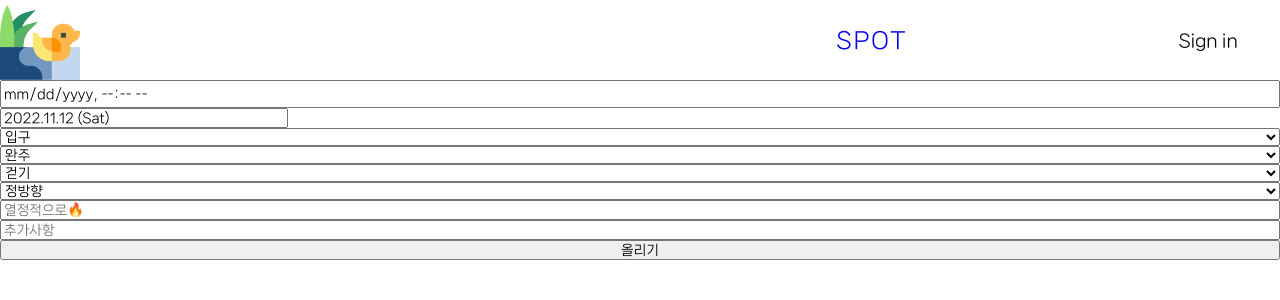
Repository: songeunleee/youngrangho
Page: /add
An editor plug-in stored every save of this project. The page is shown before and after the next save, followed by the edit.
The browser window is 1280 px wide. The pictures show the whole page.
Some web libraries are served in a nearby version. The project was rebuilt for these pictures with package versions that can differ from the ones it lists, and the page was loaded fresh each time. Some packages were replaced by stand-ins written for this rebuild. Also part of the build but not shown: src/app.module.css, src/components/join_item/join_item.module.css, src/components/join_item/join_item.jsx, src/components/join_list/join_list.jsx, src/components/activity_item/activity_item.jsx, src/components/add_card/add_card.module.css, src/components/add_card/add_card.jsx, src/components/activity_list/activity_list.module.css and 15 more.

Above is the page before, as saved 2022-11-13 18:23:52.

### public/index.html
<!DOCTYPE html>
<html lang="en">
  <head>
    <meta charset="utf-8" />
    <script src="https://cdn.jsdelivr.net/npm/sweetalert2@10"></script>
    <script
      src="https://kit.fontawesome.com/7fb71a1d7b.js"
      crossorigin="anonymous"
    ></script>
    <link rel="icon" href="%PUBLIC_URL%/favicon.ico" />
    <meta name="viewport" content="width=device-width, initial-scale=1" />
    <meta name="theme-color" content="#000000" />
    <link rel="preconnect" href="https://fonts.googleapis.com" />
    <link rel="preconnect" href="https://fonts.gstatic.com" crossorigin />
    <link
      href="https://fonts.googleapis.com/css2?family=Noto+Sans+KR:wght@100;300;400&family=Noto+Serif+KR:wght@200;400&family=Varela+Round&display=swap"
      rel="stylesheet"
    />

    <meta
      name="description"
      content="Web site created using create-react-app"
    />
    <link rel="apple-touch-icon" href="%PUBLIC_URL%/logo192.png" />
    <!--
      manifest.json provides metadata used when your web app is installed on a
      user's mobile device or desktop. See https://developers.google.com/web/fundamentals/web-app-manifest/
    -->
    <link rel="manifest" href="%PUBLIC_URL%/manifest.json" />
    <!--
      Notice the use of %PUBLIC_URL% in the tags above.
      It will be replaced with the URL of the `public` folder during the build.
      Only files inside the `public` folder can be referenced from the HTML.

      Unlike "/favicon.ico" or "favicon.ico", "%PUBLIC_URL%/favicon.ico" will
      work correctly both with client-side routing and a non-root public URL.
      Learn how to configure a non-root public URL by running `npm run build`.
    -->
    <title>React App</title>
  </head>
  <body>
    <noscript>You need to enable JavaScript to run this app.</noscript>
    <div id="root"></div>
    <!--
      This HTML file is a template.
      If you open it directly in the browser, you will see an empty page.

      You can add webfonts, meta tags, or analytics to this file.
      The build step will place the bundled scripts into the <body> tag.

      To begin the development, run `npm start` or `yarn start`.
      To create a production bundle, use `npm run build` or `yarn build`.
    -->
  </body>
</html>

### src/index.js
import React from "react";
import ReactDOM from "react-dom/client";
import "./index.css";
import App from "./app";
import { firebaseApp } from "./service/firebase";
import AuthService from "./service/auth_service";
import FileUpload from "./service/file_upload";
import Repository from "./service/repositiry";

const repository = new Repository(firebaseApp);
const fileUpload = new FileUpload(firebaseApp);
const authService = new AuthService(firebaseApp);

const root = ReactDOM.createRoot(document.getElementById("root"));
root.render(
  <React.StrictMode>
    <App
      authService={authService}
      fileUpload={fileUpload}
      repository={repository}
    />
  </React.StrictMode>
);

### src/index.css
@font-face {
  font-family: "font1";
  src: url("../public/fonts/NanumSquareNeo-aLt.ttf") format("truetype");
  font-weight: normal;
}

@font-face {
  font-family: "font2";
  src: url("../public/fonts/NanumSquareNeo-bRg.ttf") format("truetype");
  font-weight: bold;
}

@font-face {
  font-family: "font3";
  src: url("../public/fonts/NanumSquareNeo-cBd.ttf") format("truetype");
  font-weight: bold;
}

@font-face {
  font-family: "font4";
  src: url("../public/fonts/NanumSquareNeo-eHv.ttf") format("truetype");
  font-weight: bold;
}
body {
  margin: 0;
  font-family: -apple-system, BlinkMacSystemFont, "Segoe UI", "Roboto", "Oxygen",
    "Ubuntu", "Cantarell", "Fira Sans", "Droid Sans", "Helvetica Neue",
    sans-serif;
  -webkit-font-smoothing: antialiased;
  -moz-osx-font-smoothing: grayscale;
  height: 100%;
}

code {
  font-family: source-code-pro, Menlo, Monaco, Consolas, "Courier New",
    monospace;
}
html {
}
#root {
  margin: 0;
  display: flex;
  flex-direction: column;
  height: 100%;
}

### src/app.jsx
import { useEffect, useState } from "react";
import { BrowserRouter, Route, Routes } from "react-router-dom";
import styles from "./app.module.css";
import Activity from "./components/activity/activity";
import AddForm from "./components/add_form/add_form";
import Footer from "./components/footer/footer";
import Header from "./components/header/header";
import Home from "./components/home/home";
import Spot from "./components/spot/spot";

function App({ authService, fileUpload, repository }) {
  const [user, setUser] = useState(null);

  const getUser = (user) => {
    setUser(user);
  };

  useEffect(() => {
    authService.onAuthChange((user) => {
      if (user) {
        setUser(user);
      } else {
      }
    });
  }, [authService]);

  return (
    <>
      <BrowserRouter>
        <Header authService={authService} getUser={getUser} user={user} />
        <Routes>
          <Route
            path="/"
            element={
              <Activity
                authService={authService}
                repository={repository}
                user={user}
              />
            }
          />
          <Route
            path="/activity"
            element={
              <Activity
                authService={authService}
                repository={repository}
                user={user}
              />
            }
          />
          <Route
            path="/spot"
            element={
              <Spot
                authService={authService}
                user={user}
                fileUpload={fileUpload}
                repository={repository}
              />
            }
          />
          <Route
            path="/add"
            element={<AddForm user={user} repository={repository} />}
          />
        </Routes>
      </BrowserRouter>
    </>
  );
}

export default App;

### src/service/firebase.js
import { initializeApp } from "firebase/app";

const firebaseConfig = {
  apiKey: "AIzaSyA1QsOldBRNtAOG8_cfGoyHxB8PmdZT3xA",
  authDomain: "youngrangho-d9473.firebaseapp.com",
  projectId: "youngrangho-d9473",
  storageBucket: "youngrangho-d9473.appspot.com",
  messagingSenderId: "558891074778",
  appId: "1:558891074778:web:a513dfcb578ca1084111e3",
  measurementId: "G-VKW34V7D4J",
};

export const firebaseApp = initializeApp(firebaseConfig);

### src/service/auth_service.js
import {
  getAuth,
  signInWithPopup,
  GoogleAuthProvider,
  onAuthStateChanged,
} from "firebase/auth";
class AuthService {
  constructor() {
    this.auth = getAuth();
    this.provider = new GoogleAuthProvider();
  }
  signin() {
    return signInWithPopup(this.auth, this.provider);
  }

  signout() {
    const auth = getAuth();
    auth.signOut();
  }

  onAuthChange(onUserChanged) {
    const auth = getAuth();
    return onAuthStateChanged(auth, (user) => {
      onUserChanged(user);
    });
  }
}
export default AuthService;

### src/service/file_upload.js
import { getStorage, ref, uploadBytes, getDownloadURL } from "firebase/storage";

class FileUpload {
  constructor() {
    this.storage = getStorage();
  }

  async upload(file) {
    this.storageRef = ref(this.storage, `spot/${file.name}`);
    const img = await uploadBytes(this.storageRef, file);
    return getDownloadURL(ref(this.storage, img.ref.fullPath));
  }
}

export default FileUpload;

### src/service/repositiry.js
import {
  getDatabase,
  ref,
  set,
  remove,
  onValue,
  off,
  update,
} from "firebase/database";

class Repository {
  constructor() {
    this.db = getDatabase();
  }

  syncSpots(userId, onUpdate) {
    const query = ref(this.db, `spots`);
    onValue(query, (snapshot) => {
      const value = snapshot.val();
      value && onUpdate(value);
    });
    return () => off(query);
  }

  saveSpot(userId, spot) {
    set(ref(this.db, `spots/${spot.id}`), spot);
  }
  removeSpot(userId, spot) {
    const spotRef = ref(this.db, `spots/${spot.id}`);
    remove(spotRef);
  }

  syncActivities(userId, onUpdate) {
    const query = ref(this.db, `Activities`);
    onValue(query, (snapshot) => {
      const value = snapshot.val();
      value && onUpdate(value);
    });
    return () => off(query);
  }

  saveAvtivity(userId, card) {
    set(ref(this.db, `Activities/${card.id}`), card);
  }

  removeActivity(card) {
    const activityRef = ref(this.db, `Activities/${card.id}`);
    remove(activityRef);
  }

  updateActivity(cardId, card) {
    update(ref(this.db, `Activities/${card.id}`), card);
  }
}
export default Repository;

### src/components/add_form/add_form.jsx
import React, { useState } from "react";
import { useRef } from "react";
import { useNavigate } from "react-router-dom";
import styles from "./add_form.module.css";
import DatePicker from "react-datepicker";
import "react-datepicker/dist/react-datepicker.css";

const AddForm = ({ repository, user }) => {
  const [startDate, setStartDate] = useState(new Date());

  const navigate = useNavigate();
  const appointmentRef = useRef();
  const departureRef = useRef();
  const goalRef = useRef();
  const meanRef = useRef();
  const courseRef = useRef();
  const modeRef = useRef();
  const etcRef = useRef();

  const onClick = (event) => {
    event.preventDefault();
    const card = {
      id: Date.now(),
      appointment: appointmentRef.current.value,
      departure: departureRef.current.value,
      goal: goalRef.current.value,
      mean: meanRef.current.value,
      course: courseRef.current.value,
      mode: modeRef.current.value,
      etc: etcRef.current.value,
      userUid: user.uid,
      author: user.displayName,
      joinList: [],
    };
    repository.saveAvtivity(1, card);

    navigate({ pathname: "/activity" });
  };

  return (
    <form className={styles.container}>
      <input ref={appointmentRef} type="datetime-local" />
      <DatePicker
        selected={startDate}
        onChange={(date) => setStartDate(date)}
        dateFormat="yyyy.MM.dd (eee)"
        showPopperArrow={false}
        minDate={new Date()}
      />
      <select ref={departureRef} name="departure">
        <option>입구</option>
        <option>영랑호 생태공원(반려견 놀이터)</option>
        <option>다리</option>
        <option>영랑교</option>
      </select>

      <select ref={goalRef} name="goal" id="">
        <option>완주</option>
        <option>완주 Across 호수윗길</option>
        <option>영랑호 생태공원(반려견 놀이터)</option>
        <option>호수윗길</option>
        <option>미정</option>
      </select>
      <select ref={meanRef} name="mean" id="">
        <option>걷기</option>
        <option>뛰기🏃‍♀️</option>
        <option>자전거🚴‍♀️</option>
        <option>반려견 산책🦮</option>
      </select>
      <select ref={courseRef} name="course" id="">
        <option>정방향</option>
        <option>역방향</option>
        <option>미정</option>
      </select>
      <input ref={modeRef} name="mode" placeholder="열정적으로🔥" />
      <input ref={etcRef} name="etc" placeholder="추가사항" />

      <button onClick={onClick}>올리기</button>
    </form>
  );
};

export default AddForm;

### src/components/header/header.jsx
import React, { useEffect } from "react";
import { useState } from "react";
import { Link, useLocation } from "react-router-dom";
import styles from "./header.module.css";

const Header = ({ authService, getUser, user }) => {
  const location = useLocation().pathname;

  const isSpot = (location) => {
    return location === "/spot" ? true : false;
  };

  const onSignin = () => {
    authService.signin().then((data) => getUser(data.user));
  };

  const onSignout = () => {
    authService.signout();
    getUser(null);
  };

  return (
    <header className={styles.header}>
      <Link
        className={`${styles.logolink} ${
          !isSpot(location) ? styles.activity : null
        } `}
        to={"/"}
      >
        <img className={styles.logo} src="./images/duck (1).png" alt="" />
      </Link>
      <Link
        className={`${styles.link} ${
          !isSpot(location) ? styles.activity : null
        }`}
        to={"/activity"}
      >
        ACTIVITY
      </Link>
      <Link
        className={`${styles.link} ${isSpot(location) ? styles.spot : null}`}
        to={"/spot"}
      >
        SPOT
      </Link>

      {user ? (
        <div className={styles.signIn}>
          <img className={styles.img} src={user.photoURL} alt="" />
          <p className={styles.name}>{user.displayName}</p>
          <button
            className={`${styles.button} ${styles.sign}`}
            onClick={onSignout}
          >
            Sign out
          </button>
        </div>
      ) : (
        <button className={`${styles.button}`} onClick={onSignin}>
          Sign in
        </button>
      )}
    </header>
  );
};

export default Header;

### src/components/add_form/add_form.module.css
.container {
  display: flex;
  flex-direction: column;
  align-content: center;
}

.box {
  display: flex;
  justify-self: center;
}

input[type="datetime-local"]::-webkit-calendar-picker-indicator {
  color: rgba(0, 0, 0, 0);
  opacity: 1;
  display: block;
  background: center/80% no-repeat white;
  width: 20px;
  height: 20px;
  border-width: thin;
  cursor: pointer;
}

### src/components/header/header.module.css
@value mainBlue, mainLightBlue,sideBlue, textWhite from '../../common/colors.css';
@value mediaQuery3 from '../../common/size.css';

.header {
  display: flex;
  height: 5rem;
  align-items: center;
  position: relative;
}
.logolink {
  height: 100%;
}

.logolink.activity {
  background-color: white;
}
.logo {
  height: 100%;

  transition: all 150ms ease-in;
}

.logo:hover {
  background-color: mainBlue;
}
.link {
  height: 100%;
  display: flex;
  justify-content: center;
  align-items: center;
  flex: 0.8;
  text-decoration: none;
  color: mainBlue;
  font-size: 1.4rem;
  font-family: "font2";
  letter-spacing: 2px;
  font-weight: 500;
  text-align: center;
  transition: letter-spacing 150ms ease-in;
}

.link.spot {
  background-color: mainBlue;
  color: white;
}

.link.activity {
  background-color: mainBlue;
  color: white;
}

.signIn {
  flex: 0.4;
  display: flex;
  justify-content: center;
  align-items: center;
  padding-left: 0.5rem;
  padding-right: 0.5rem;
}

.img {
  border-radius: 50%;
  width: 50px;
  height: 50px;
}

.name {
  padding-left: 1rem;
  padding-right: 1rem;
  font-family: "font3";
  color: sideBlue;
}

.button.sign {
  flex: 0.6;
  width: 100%;
}

.button {
  font-size: 1.1rem;
  font-weight: 500;
  font-family: "font2";
  flex: 0.2;
  background: none;
  cursor: pointer;
  border: none;
  color: mainBlue;
  transition: letter-spacing 250ms ease-in;
}

.link:hover {
  letter-spacing: 0;
}

.button:hover {
  letter-spacing: 1px;
}

@media screen and (max-width: mediaQuery3) {
  .name {
    display: none;
  }
  .img {
    display: none;
  }
  .logolink {
    display: none;
  }
}

### src/components/activity_item/activity_item.module.css
@value joinColor,deleteColor,mainBlue,mainLightBlue,sideBlue,textWhite from '../../common/colors.css';

* {
  font-family: font2;
}

.container {
  margin: 1rem 1rem;
  margin-bottom: 0;
  padding: 0.5rem 10px;
  width: 350px;
  justify-items: center;
}

.card {
  border: 1px mainLightBlue solid;

  padding: 0.5rem 0.5rem;
  animation: fade-in 1s;
  animation-fill-mode: forwards;
}
.info {
  display: flex;
  justify-content: space-between;
  padding: 0.5rem;
  padding-bottom: 1rem;
  margin: 0.5rem;

  border-bottom: 1px dashed mainBlue;
}
.author {
  margin: 0;
}
.createTime {
  margin: 0;
}

.contentBox {
  display: flex;
  flex: 1;
  align-items: center;
}
.content {
  display: flex;
  flex-wrap: wrap;
}
.chip {
  font-size: 15px;
  flex-wrap: nowrap;
  background-color: mainLightBlue;
  width: fit-content;
  border-radius: 18px;
  padding: 5px 10px;
  margin: 0.25rem 0.25rem;
  display: flex;
  align-items: center;
  cursor: pointer;
  transition: transform 200ms ease-in;
}

.chip.appointment {
  background-color: mainBlue;
}

.chip.goal {
  padding-top: 0;
  padding-bottom: 0;
}

.G {
  position: relative;
  background-color: sideBlue;
  border-radius: 18px;
  padding-top: 5px;
  padding-bottom: 5px;
  padding-right: 10px;
  padding-left: 10px;
  right: 10px;
}

.chip:hover {
  filter: brightness(95%);
}
.chipDelete {
  display: none;
  color: rgb(255, 255, 255);
  margin-left: 0.3rem;
  opacity: 0.9;
  border: none;
}

.chipDelete.showDelete {
  display: inline;
}

.btnBox {
  display: flex;
}

.display {
  display: flex;
  flex-direction: column;
  flex: 1;
}

.btns {
  font-size: 1rem;
  font-family: font3;
  padding: 0.4rem;
  margin: 0.2rem;
  margin-top: 0.4rem;
  border-radius: 18px;
  border: none;
  cursor: pointer;
  transition: all ease 200ms;
}

.joinBtn {
  display: none;
}

.joinBtn.showJoin {
  display: inline;
}

.joinBtn:hover {
  background-color: joinColor;
  transform: scale(1.02);
}

.dropBtn {
  display: none;
  background-color: joinColor;
}

.dropBtn.showDropBtn {
  display: inline;
}

.dropBtn:hover {
  background-color: lightgrey;
  transform: scale(1.02);
}

.delete {
  display: none;
  background-color: deleteColor;
}

.delete.showDelete {
  display: inline;
}

.delete:hover {
  transform: scale(1.02);
}

.joinlistBtn {
  background-color: white;
  border: none;
  font-size: 1.5rem;
  font-family: font2;
  color: sideBlue;
  cursor: pointer;
}

.joinList {
  display: none;
  padding-top: 0.25rem;
  border: 1px mainLightBlue solid;
  border-top: none;
}

.joinList.showList {
  display: flex;
  animation: fade-in 0.8s;
  animation-fill-mode: forwards;
}

@keyframes fade-in {
  0% {
    transform: translateY(-30%);
    opacity: 0;
  }
  20% {
    opacity: 0;
  }

  100% {
    transform: translateY(0);
    opacity: 1;
  }
}

### src/components/add_form/DatePicker.css
.react-datepicker__current-month {
  margin: 0;
  width: fit-content;
  display: flex;
  justify-content: center;
  background-color: red;
}
.react-datepicker__input-container {
  display: flex;
  justify-content: center;
  background-color: orange;
}

.datePicker {
  width: 200px;
  display: flex;
  justify-content: center;
  background-color: orange;
}

input[type="date"]::-webkit-datetime-edit-text {
  -webkit-appearance: none;
  display: none;
}

input[type="date"]:valid {
  color: orange;
}

Loaded but not shown: src/components/join_list/join_list.module.css (no stored copy; drawn as an empty file)

After the next save:
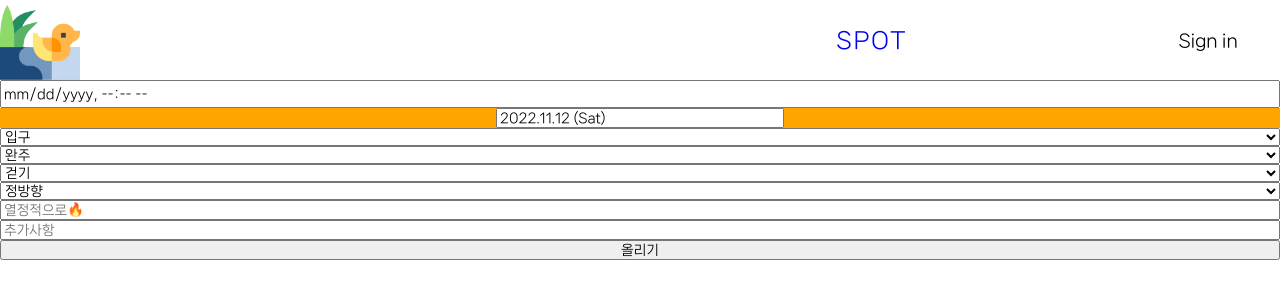
Saved 112 s later.
--- a/src/components/add_form/add_form.jsx
+++ b/src/components/add_form/add_form.jsx
@@ -4,6 +4,7 @@ import { useNavigate } from "react-router-dom";
 import styles from "./add_form.module.css";
 import DatePicker from "react-datepicker";
 import "react-datepicker/dist/react-datepicker.css";
+import "./DatePicker.css";
 
 const AddForm = ({ repository, user }) => {
   const [startDate, setStartDate] = useState(new Date());

After the 2 saves that followed:
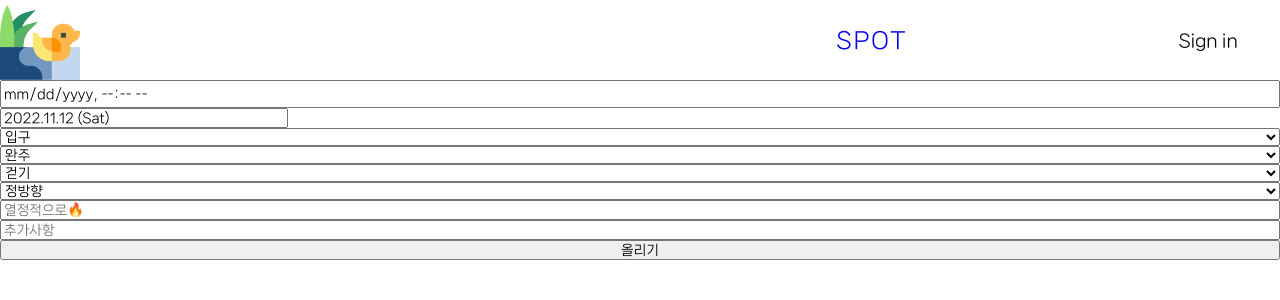
The 2 saves are shown as one change because they came seconds apart.
The last was saved 21 s later.
--- a/src/components/add_form/DatePicker.css
+++ b/src/components/add_form/DatePicker.css
@@ -1,28 +1,6 @@
-.react-datepicker__current-month {
-  margin: 0;
-  width: fit-content;
-  display: flex;
-  justify-content: center;
-  background-color: red;
-}
-.react-datepicker__input-container {
-  display: flex;
-  justify-content: center;
-  background-color: orange;
-}
-
 .datePicker {
   width: 200px;
   display: flex;
   justify-content: center;
   background-color: orange;
 }
-
-input[type="date"]::-webkit-datetime-edit-text {
-  -webkit-appearance: none;
-  display: none;
-}
-
-input[type="date"]:valid {
-  color: orange;
-}
